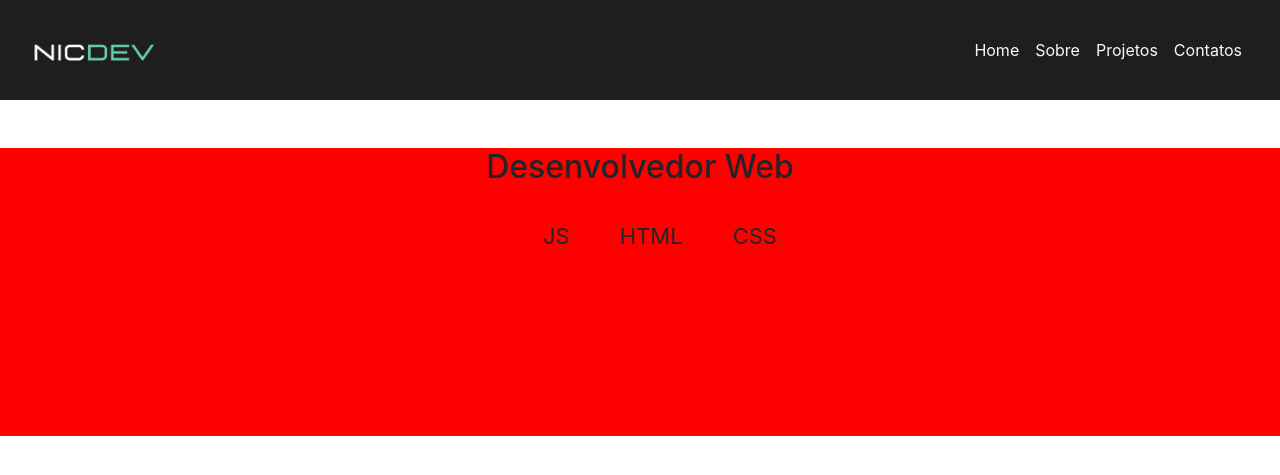
Repository: Leonngc/nicdev
Page: index.html
The author's editor kept a copy of each file at every save. The page is drawn from the files as they stood at one save, then again after the next save.
The browser window is 1280 px wide. The pictures show the whole page.

Above is the page before, as saved 2023-04-12 23:21:04.

After the next save:
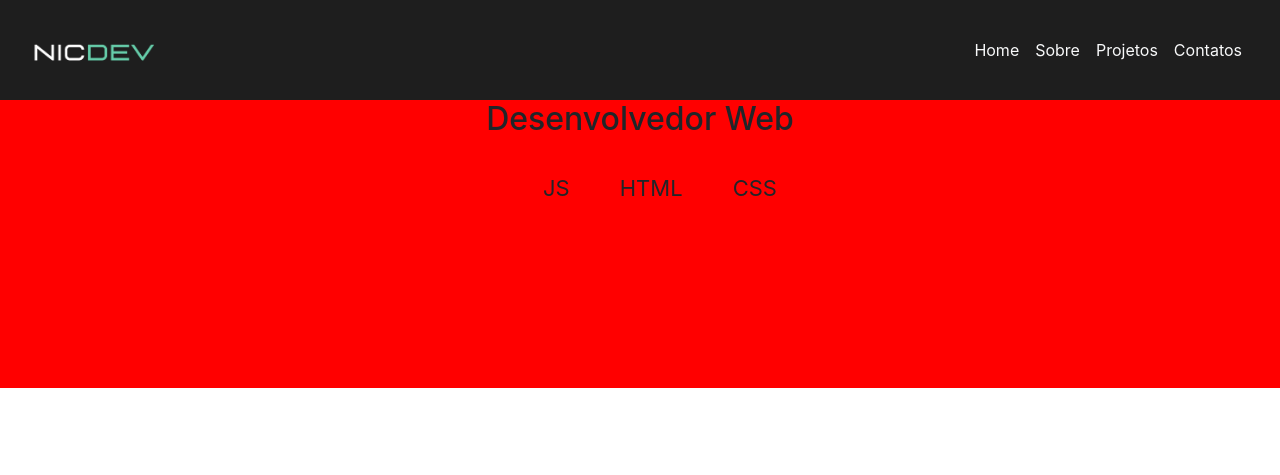
Saved 14 s later.
--- a/styles/gradiente.css
+++ b/styles/gradiente.css
@@ -7,9 +7,6 @@
    background-color: red;
 }
 
-.contain > h2{
-    margin-top: 48px
-}
 
 .contain > ul{
     list-style: none;
